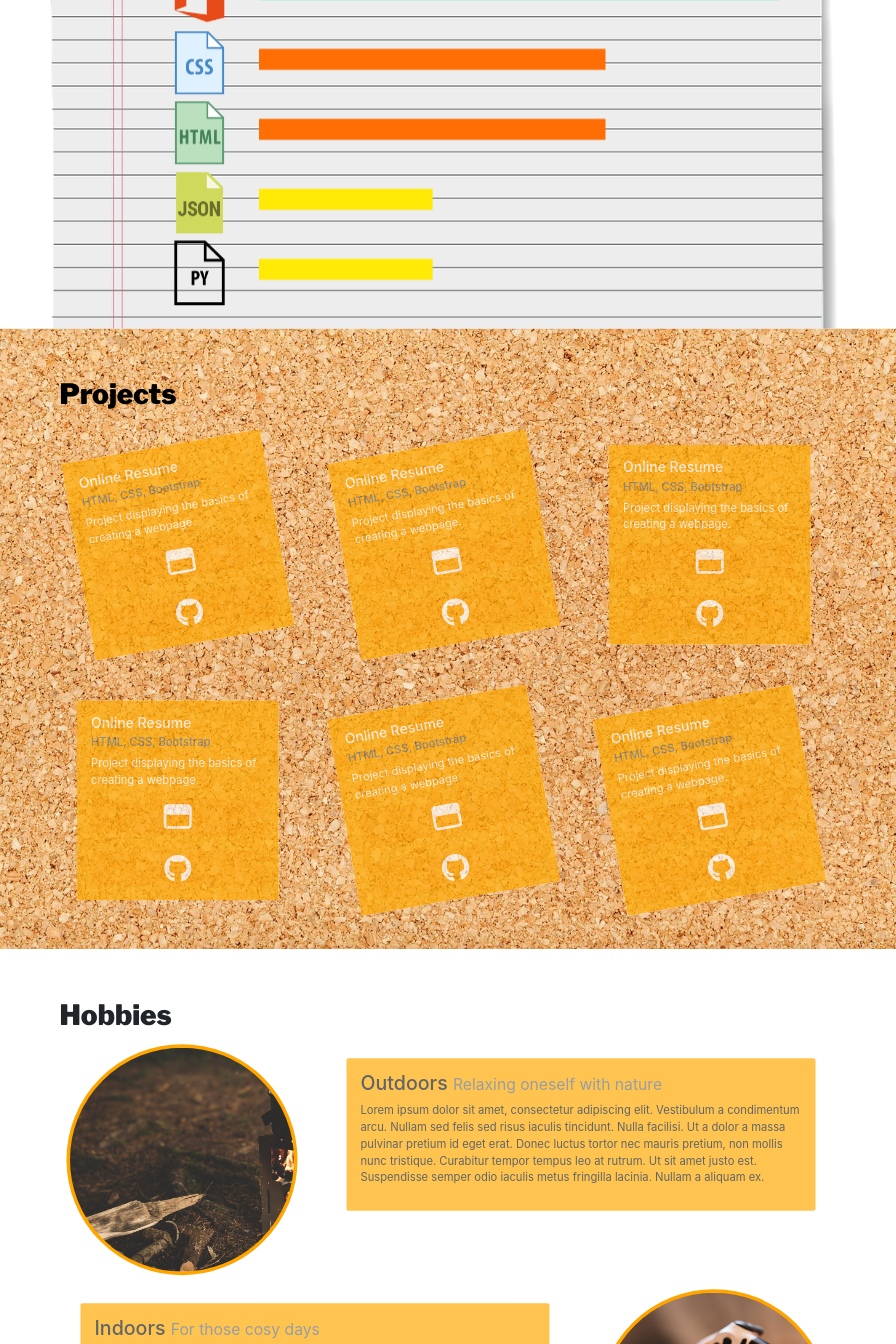
Repository: muhdarifrawi/resume-project
Page: index.html
The author's editor kept a record of every edit. The page is drawn from the files as they stood at one moment, then again after the next edit.
The browser window is 1280 px wide. The pictures show the part of the page from y = 1064 to 2984 px (the page is 4106 px tall), at 70% of full size.
Some web libraries are served in a nearby version.

Above is the page before.

### index.html
<!doctype html>
<html lang="en">

<head>
    <!-- Required meta tags -->
    <meta charset="utf-8">
    <meta name="viewport" content="width=device-width, initial-scale=1, shrink-to-fit=no">
    <!-- Font Awesome script -->
    <script src="https://kit.fontawesome.com/00e1568e72.js"></script>
    <!-- GOOGLE font -->
    <link href="https://fonts.googleapis.com/css?family=Libre+Franklin:900&display=swap" rel="stylesheet">
    <!-- AOS script -->
    <link href="https://unpkg.com/aos@2.3.1/dist/aos.css" rel="stylesheet">

    <!-- Bootstrap CSS -->
    <link rel="stylesheet" href="https://stackpath.bootstrapcdn.com/bootstrap/4.3.1/css/bootstrap.min.css" integrity="sha384-ggOyR0iXCbMQv3Xipma34MD+dH/1fQ784/j6cY/iJTQUOhcWr7x9JvoRxT2MZw1T" crossorigin="anonymous">
    <link rel="stylesheet" href="style.css" type="text/css" />
    <title>Online Resume</title>
</head>

  <!-- scroll spy added to body section -->
<body data-spy="scroll" data-target="#navscroll" data-offset="100">
    <!-- Navbar starts here -->
    <nav id="navscroll" class="navbar fixed-top navbar-expand-lg navbar-light bg-light">
        <a class="navbar-brand" href="#">My Resume</a>
        <button class="navbar-toggler" type="button" data-toggle="collapse" data-target="#navbarSupportedContent" aria-controls="navbarSupportedContent" aria-expanded="false" aria-label="Toggle navigation">
    <span class="navbar-toggler-icon"></span>
  </button>

        <div class="collapse navbar-collapse" id="navbarSupportedContent">
            <ul class="navbar-nav mr-auto">
                <li class="nav-item">
                    <a class="nav-link" href="#home">Home <span class="sr-only">(current)</span></a>
                </li>
                <li class="nav-item">
                    <a class="nav-link" href="#skills">Skills</a>
                </li>

                <li class="nav-item">
                    <a class="nav-link" href="#projects">Projects</a>
                </li>

                <li class="nav-item">
                    <a class="nav-link" href="#hobbies">Hobbies</a>
                </li>

                <li class="nav-item">
                    <a class="nav-link" href="#contact">Contact Me</a>
                </li>

            </ul>

        </div>
    </nav>
    <!-- navbar ends here -->

    <!--Jumbotron -->
    <div class="jumbotron jumbotron-fluid" id="home">
        <div class="container">
            <h1 class="display-4">Muhammad Arif Bin Rawi</h1>
            <p class="lead">Aspiring Junior Game Developer. </p>
        </div>
    </div>

    <div class="orange strip"></div>

<div class="container" id="skills">

<h1>Skills</h1>
    <!-- created div to slot in AOS -->
   <div data-aos="fade-right" data-aos-offset="300" data-aos-easing="ease-in-sine">
        <!-- photoshop row -->
        <div class="row pt-md-5">
            <div class="col-lg-3 col-sm-6">
                <div class="ware">
                    <img src="image/icon/PS.png" alt="photoshop" class="rounded">
                    <div class="house">
                        <div class="text">
                            <h5>Photoshop</h5>
                        </div>
                        <div class="text2">
                            <h6>Good</h6>
                        </div>
                    </div>
                </div>
            </div>
            <div class="col-lg-9 col-sm-6">
                <div class="bar-mid"></div>
            </div>
        </div>

        <!-- ms office row -->
        <div class="row">
            <div class="col-lg-3 col-sm-6">
                <div class="ware">
                    <img src="image/icon/MSO.png" alt="MS Office" class="rounded">
                    <div class="house">
                        <div class="text">
                            <h5>MS Office</h5>
                        </div>
                        <div class="text2">
                            <h6>Advance</h6>
                        </div>
                    </div>
                </div>
            </div>
            <div class="col-lg-9 col-sm-6">
                <div class="bar-full"></div>
            </div>
        </div>

        <!-- CSS row -->
        <div class="row">
            <div class="col-lg-3 col-sm-6">
                <div class="ware">
                    <img src="image/icon/CSS.png" alt="CSS" class="rounded">
                    <div class="house">
                        <div class="text">
                            <h5>CSS</h5>
                        </div>
                        <div class="text2">
                            <h6>Good</h6>
                        </div>
                    </div>
                </div>
            </div>
            <div class="col-lg-9 col-sm-6">
                <div class="bar-mid"></div>
            </div>
        </div>

        <!-- HTML row -->
        <div class="row">
            <div class="col-lg-3 col-sm-6">
                <div class="ware">
                    <img src="image/icon/HTML.png" alt="HTML" class="rounded">
                    <div class="house">
                        <div class="text">
                            <h5>HTML</h5>
                        </div>
                        <div class="text2">
                            <h6>Good</h6>
                        </div>
                    </div>
                </div>
            </div>
            <div class="col-lg-9 col-sm-6">
                <div class="bar-mid"></div>
            </div>
        </div>

        <!-- Java row -->
        <div class="row">
            <div class="col-lg-3 col-sm-6">
                <div class="ware">
                    <img src="image/icon/JS.png" alt="Java" class="rounded">
                    <div class="house">
                        <div class="text">
                            <h5>Java</h5>
                        </div>
                        <div class="text2">
                            <h6>Basic</h6>
                        </div>
                    </div>
                </div>
            </div>
            <div class="col-lg-9 col-sm-6">
                <div class="bar-min"></div>
            </div>
        </div>

        <!-- Python row -->
        <div class="row">
            <div class="col-lg-3 col-sm-6">
                <div class="ware">
                    <img src="image/icon/PY.png" alt="Python" class="rounded">
                    <div class="house">
                        <div class="text">
                            <h5>Python</h5>
                        </div>
                        <div class="text2">
                            <h6>Basic</h6>
                        </div>
                    </div>
                </div>
            </div>
            <div class="col-lg-9 col-sm-6">
                <div class="bar-min"></div>
            </div>
        </div>
    </div>
</div>

    <!-- <div class="orange strip"></div> -->

<!--usage of jumbotron to overcome "no-stretch" problem -->
<div class="jumbotron jumbotron-fluid "  id="projects">
<div class="container">
        <h1>Projects</h1>
        <div class="row">
            <div class="col">
                <div class="card note" style="width: 18rem;">
                    <div class="card-body">
                        <h5 class="card-title">Online Resume</h5>
                        <h6 class="card-subtitle mb-2 text-muted">HTML, CSS, Bootstrap</h6>
                        <p class="card-text">Project displaying the basics of creating a webpage.</p>

                        <a href="https://muhdarifrawi.github.io/resume-project/" target="_blank" class="card-link">
                            <div class="rounded-box"><i class="far fa-window-maximize"></i></div></a>

                        <a href="https://github.com/muhdarifrawi/resume-project" target="_blank" class="card-link">
                            <div class="rounded-box"><i class="fab fa-github"></i></div></a>
                    </div>
                </div>
            </div>

            <div class="col">
                <div class="card note2" style="width: 18rem;">
                    <div class="card-body">
                        <h5 class="card-title">Online Resume</h5>
                        <h6 class="card-subtitle mb-2 text-muted">HTML, CSS, Bootstrap</h6>
                        <p class="card-text">Project displaying the basics of creating a webpage.</p>

                        <a href="https://muhdarifrawi.github.io/resume-project/" target="_blank" class="card-link">
                            <div class="rounded-box"><i class="far fa-window-maximize"></i></div></a>

                        <a href="https://github.com/muhdarifrawi/resume-project" target="_blank" class="card-link">
                            <div class="rounded-box"><i class="fab fa-github"></i></div></a>
                    </div>
                </div>
            </div>

            <div class="col">
                <div class="card note3" style="width: 18rem;">
                    <div class="card-body">
                        <h5 class="card-title">Online Resume</h5>
                        <h6 class="card-subtitle mb-2 text-muted">HTML, CSS, Bootstrap</h6>
                        <p class="card-text">Project displaying the basics of creating a webpage.</p>

                        <a href="https://muhdarifrawi.github.io/resume-project/" target="_blank" class="card-link">
                            <div class="rounded-box"><i class="far fa-window-maximize"></i></div></a>

                        <a href="https://github.com/muhdarifrawi/resume-project" target="_blank" class="card-link">
                            <div class="rounded-box"><i class="fab fa-github"></i></div></a>
                    </div>
                </div>
            </div>

        </div>

        <div class="row">
        <div class="col">
            <div class="card note3" style="width: 18rem;">
                <div class="card-body">
                    <h5 class="card-title">Online Resume</h5>
                    <h6 class="card-subtitle mb-2 text-muted">HTML, CSS, Bootstrap</h6>
                    <p class="card-text">Project displaying the basics of creating a webpage.</p>

                    <a href="https://muhdarifrawi.github.io/resume-project/" target="_blank" class="card-link">
                        <div class="rounded-box"><i class="far fa-window-maximize"></i></div></a>

                    <a href="https://github.com/muhdarifrawi/resume-project" target="_blank" class="card-link">
                        <div class="rounded-box"><i class="fab fa-github"></i></div></a>
                </div>
            </div>
        </div>

        <div class="col">
            <div class="card note" style="width: 18rem;">
                <div class="card-body">
                    <h5 class="card-title">Online Resume</h5>
                    <h6 class="card-subtitle mb-2 text-muted">HTML, CSS, Bootstrap</h6>
                    <p class="card-text">Project displaying the basics of creating a webpage.</p>

                    <a href="https://muhdarifrawi.github.io/resume-project/" target="_blank" class="card-link">
                        <div class="rounded-box"><i class="far fa-window-maximize"></i></div></a>

                    <a href="https://github.com/muhdarifrawi/resume-project" target="_blank" class="card-link">
                        <div class="rounded-box"><i class="fab fa-github"></i></div></a>
                </div>
            </div>
        </div>

        <div class="col">
            <div class="card note2" style="width: 18rem;">
                <div class="card-body">
                    <h5 class="card-title">Online Resume</h5>
                    <h6 class="card-subtitle mb-2 text-muted">HTML, CSS, Bootstrap</h6>
                    <p class="card-text">Project displaying the basics of creating a webpage.</p>

                    <a href="https://muhdarifrawi.github.io/resume-project/" target="_blank" class="card-link">
                        <div class="rounded-box"><i class="far fa-window-maximize"></i></div></a>

                    <a href="https://github.com/muhdarifrawi/resume-project" target="_blank" class="card-link">
                        <div class="rounded-box"><i class="fab fa-github"></i></div></a>
                </div>
            </div>
        </div>

    </div>

    </div>
</div>
<!-- <div class="orange strip"></div> -->

<div class="container" id="hobbies">
    <h1>Hobbies</h1>
    <div class="row">

        <div class="col-sm-6 col-md-4 ">
            <div class="col"><div class="thumb camping"></div></div>
        </div>
        <div class="col-sm-6 col-md-8">
            <div class="card">
                <div class="card-body">
                    <h3>
                      Outdoors
                      <small class="text-muted">Relaxing oneself with nature</small>
                    </h3>

                    <p>
                        Lorem ipsum dolor sit amet, consectetur adipiscing elit. Vestibulum a condimentum arcu. Nullam sed felis sed risus iaculis tincidunt. Nulla facilisi. Ut a dolor a massa pulvinar pretium id eget erat. Donec luctus tortor nec mauris pretium, non mollis nunc tristique. Curabitur tempor tempus leo at rutrum. Ut sit amet justo est. Suspendisse semper odio iaculis metus fringilla lacinia. Nullam a aliquam ex.
                    </p>
                </div>
            </div>
        </div>

    </div>

       <div class="row">

        <div class="col-sm-6 order-sm-2 col-md-4">
            <div class="col"><div class="thumb indoor"></div></div>

        </div>
        <div class="col-sm-6 order-sm-1 col-md-8">

            <div class="card">
                <div class="card-body">
                    <h3>
                    Indoors
                      <small class="text-muted">For those cosy days</small>
                    </h3>

                    <p>
                        Lorem ipsum dolor sit amet, consectetur adipiscing elit. Vestibulum a condimentum arcu. Nullam sed felis sed risus iaculis tincidunt. Nulla facilisi. Ut a dolor a massa pulvinar pretium id eget erat. Donec luctus tortor nec mauris pretium, non mollis nunc tristique. Curabitur tempor tempus leo at rutrum. Ut sit amet justo est. Suspendisse semper odio iaculis metus fringilla lacinia. Nullam a aliquam ex.
                    </p>
                </div>
            </div>

        </div>

    </div>

</div>

<div class="orange strip"></div>

<div class="container" id="contact">


<div class="row">


<!-- left column -->
<div class="col-sm-6 pl-4">
    <!-- top column -->
    <div class="row">
    <h1>Contact Me</h1>
    </div>

<!-- bottom column -->
<div class="row">
<div class="col">
<form>

    <div class="form-group">
        <label for="name">Name</label>
        <input type="text" class="form-control" id="form1" placeholder="Name" required>
    </div>

    <div class="form-group">
        <label for="email">Email Address</label>
        <input type="email" class="form-control" id="form1" placeholder="name@example.com" required>
    </div>


    <div class="form-group">
        <label for="Textarea">Comments</label>
        <textarea class="form-control" id="form1" rows="3" required></textarea>
    </div>

    <input class="btn btn-primary" type="submit" value="Submit">
</form>

</div>
</div>
</div>
<!-- right column-->
<div class="col-sm-6 pl-4">
    <!-- top column -->
    <div class="row">
    <h1>Follow Me</h1>
    </div>
<!--bottom column -->
<div class="col">
    <div class="row pt-3"></div>
    <div class="row">
        <div class="col"><a href="https://www.twitter.com/ArifRawi" target="_blank"><div class="rounded-box"><i class="fab fa-twitter"></i></div></a></div>
        <div class="col"><a href="https://github.com/muhdarifrawi" target="_blank"><div class="rounded-box"><i class="fab fa-github"></i></div></a></div>
        <div class="col"><a href="https://www.instagram.com/muhdarifrawi/" target="_blank"><div class="rounded-box"><i class="fab fa-instagram"></i></div></a></div>

    </div>
    <div class="row"></div>
</div>
</div>
</div>
</div>

<div class="orange banner">
    <div class="container" id="footer">

        <div class="row">

            <div class="col-sm-4 px-4">
                <h6>Acknowledgments</h6>
                    <p>Thank you to all that has helped and guided me in making this project work.</p>



            </div>

            <div class="col-sm-4 px-4">
                <h6>Disclaimer</h6>
                <p>This webpage is a work meant for education purposes only. </p>
            </div>

            <div class="col-sm-4 px-4">
                <h6>Copyright 2019, all rights reserved.</h6>
            </div>
        </div>

    </div>
</div>
    <!-- Optional JavaScript -->
    <!-- jQuery first, then Popper.js, then Bootstrap JS -->
    <script src="https://code.jquery.com/jquery-3.3.1.slim.min.js" integrity="sha384-q8i/X+965DzO0rT7abK41JStQIAqVgRVzpbzo5smXKp4YfRvH+8abtTE1Pi6jizo" crossorigin="anonymous"></script>
    <script src="https://cdnjs.cloudflare.com/ajax/libs/popper.js/1.14.7/umd/popper.min.js" integrity="sha384-UO2eT0CpHqdSJQ6hJty5KVphtPhzWj9WO1clHTMGa3JDZwrnQq4sF86dIHNDz0W1" crossorigin="anonymous"></script>
    <script src="https://stackpath.bootstrapcdn.com/bootstrap/4.3.1/js/bootstrap.min.js" integrity="sha384-JjSmVgyd0p3pXB1rRibZUAYoIIy6OrQ6VrjIEaFf/nJGzIxFDsf4x0xIM+B07jRM" crossorigin="anonymous"></script>
    <!--AOS script -->
    <script src="https://unpkg.com/aos@2.3.1/dist/aos.js"></script>

    <script>
        AOS.init();
    </script>
</body>

</html>

### style.css
html{
    width:100%;
    height:100%;

}

body{
    padding-top:30px;
    width:100%;
    height:100%;

}

.jumbotron{
    margin-bottom:0px;
}

.box{
    height:50px;
    width:50px;
}

.red{
    background-color:red;
}

.blue{
    background-color:blue;
}

.orange{
    background-color:rgba(255, 172, 5, 1);
}

.strip{
    width:100%;
    height:10px;
}

.banner{
    width:100%;
    height:300px;
}

.rect{
    width:100%;
    height:100%;
    padding:15px;
}

.container{
    padding-top:70px;
    padding-bottom:30px;
}

.shelf{
    height:100%;
    width:100%;
}

.col{
    padding:10px;
}


.jumbotron {
  color:white;
}

#home{
    background-image: url("image/bg/bench.jpg");
    background-size: cover;
    /*this allows the image to stretch height to its max. needs html and body to be height:100% as well*/
    height:100%;

}

h1 {
font-family: 'Libre Franklin', sans-serif;
}

.card{
    margin:30px;
    opacity:0.7;
    border:none;
    transition-duration:1s;

}

.card-body{
    background-color:rgb(255, 172, 5);
    border-radius:3px;

}

.card:hover{
    opacity:1;
}

#footer{
    padding-bottom:0px;
    padding-left:0px;
    padding-right:0px;
    width:100%;
}

.btn-primary{
    background-color:rgb(255, 193, 100);
    border-color:rgb(255, 193, 100);

}

.btn-primary:hover {
    background-color:rgb(255, 234, 5);
    border-color:rgb(255, 234, 5);

}

.icon{
    height:60px;
}

#projects{
    background-image:url(image/bg/corkboard.jpg);
    background-size:cover;
    height:auto;
    padding:0px;

}

#projects h1{
    color:black;
}

#skills{
    background-image:url(image/bg/notepad.png);
    background-size:cover;

}

.rounded-box{
    background-color:orange;
    height:50px;
    border-radius:5px;
    text-align:center;
    border:1px;
    transition-duration:0.5s;
}

.rounded-box:hover{
    transition-duration:0.5s;
    background-color:rgb(255, 234, 5);
    border-color:rgb(255, 234, 5);
}

.fa-twitter{
    padding-top:5px;
    font-size:40px;
    color:white;
}

.fa-github{
    padding-top:5px;
    font-size:40px;
    color:white;
}

.fa-instagram{
    padding-top:5px;
    font-size:40px;
    color:white;
}

.fa-window-maximize{
    padding-top:5px;
    font-size:40px;
    color:white;
}

.follow{
    margin-top:50px;
}


.bar-full {
    width:0%;
    height:30px;
    background-color:blue;
    animation-name: adv;
    animation-duration: 4s;
    animation-fill-mode:forwards;
    transform:translate(0, 100%);
}

@keyframes adv{

    from{
        width:0%;
        Background-color:rgb(255, 234, 5);
    }

    to{
        width:90%;
        background-color:rgb(5, 255, 172);

    }

}

.bar-mid {
    width:0%;
    height:30px;
    background-color:blue;
    animation-name: gd;
    animation-duration: 4s;
    animation-fill-mode:forwards;
    transform:translate(0, 100%);
}

@keyframes gd{

    from{
        width:0%;
        Background-color:rgb(255, 234, 5);
    }

    to{
        width:60%;
        background-color:rgb(255, 109, 5);

    }

}

.bar-min {
    width:0%;
    height:30px;
    background-color:blue;
    animation-name: basic;
    animation-duration: 4s;
    animation-fill-mode:forwards;
    transform:translate(0, 100%);
}

@keyframes basic{

    from{
        width:0%;
        Background-color:rgb(255, 234, 5);
    }

    to{
        width:30%;
        background-color:rgb(255, 234, 5);

    }

}

.ware{
    /*background-color:purple;*/
    width:100px;
    height:100%;
    margin-left:150px;

}

.rounded{
    width:100%;
}

.house{
    background-color:rgb(255, 172, 5);
    width:100px;
    height:100%;
    transform:translate(0,-100%);
    opacity:0;
    transition-duration:0.75s;
    position:absolute;
    text-align:justify;
    border-radius:3px;
}

.ware:hover .house{
    opacity:0.9;
    cursor:pointer;
}

.text{
    color:rgb(88, 5, 255);
    margin-top:5px;
    text-align:center;
}

.text2{
    color:rgba(5, 88, 255, 0.7);
    margin-top:5px;
    text-align:center;
}

.note {
    transform:rotate(-10deg);
    transition-duration: 1s;
}

.note:hover {
    transform:rotate(0deg);
}

.note2 {
    transform:rotate(-10deg);
    transition-duration: 1s;
}

.note2:hover {
    transform:rotate(0deg);
}

.note {
    transform:rotate(-10deg);
    transition-duration: 1s;
}

.note:hover {
    transform:rotate(0deg);
}

.thumb{
    height:330px;
    width:330px;
    /*background-color:green;*/
    border-radius:165px;
    border-color:orange;
    border-style:solid;
    border-width:5px;
}

.camping{
  background-image:url(image/thumb/camping.jpg);
  background-size:cover;
}

.indoor{
  background-image:url(image/thumb/indoor.jpg);
  background-size:cover;
}

/* Medium devices (tablets, 768px and up)*/
@media (max-width: 426px) {

    .ware{

    margin-left:0px;
    padding-top:20px;

    }

    .bar-min, .bar-mid, .bar-full{

    margin-bottom:25px;
    }

    .note {
    transform:rotate(0deg);
    transition-duration: 1s;
    }

    #skills{
        padding-top:25px;
    }


}

After the next edit:
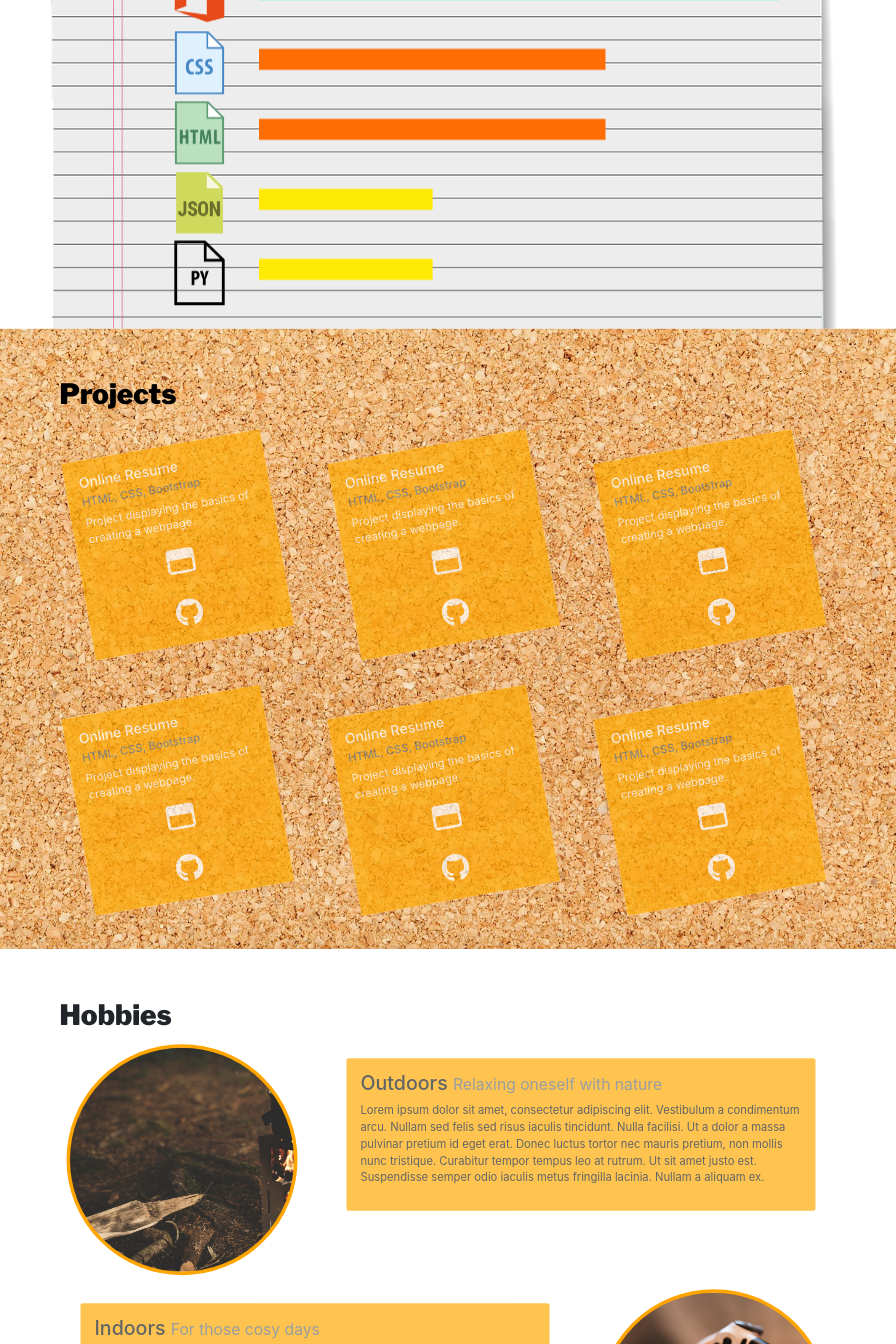
The edit:
--- a/style.css
+++ b/style.css
@@ -316,7 +316,7 @@
     transform:rotate(0deg);
 }
 
-.note {
+.note3 {
     transform:rotate(-10deg);
     transition-duration: 1s;
 }
